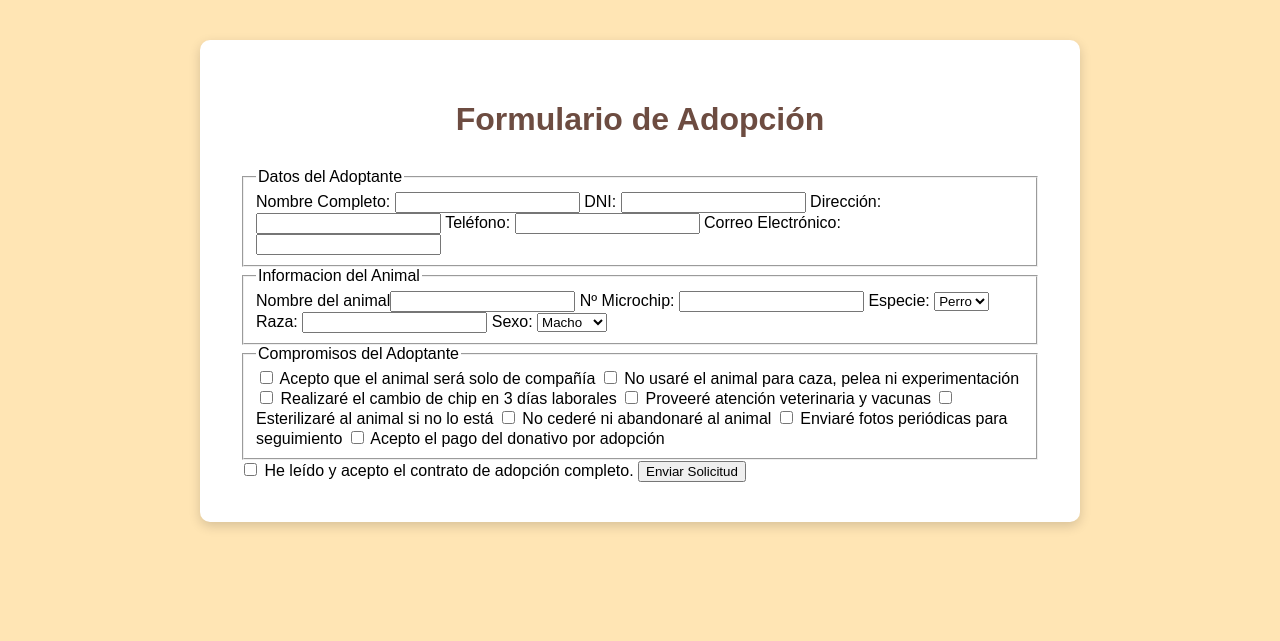
Repository: adriarodrisan/PetLover
Page: Paginas_web/contrato_adopcion.html
These files come from the project's save history. The page is drawn as it stood at one moment and after the next save; the edit follows.
The browser window is 1280 px wide. The pictures show the whole page.

Above is the page before, as saved 2025-04-01 10:53:23.

After the next save:
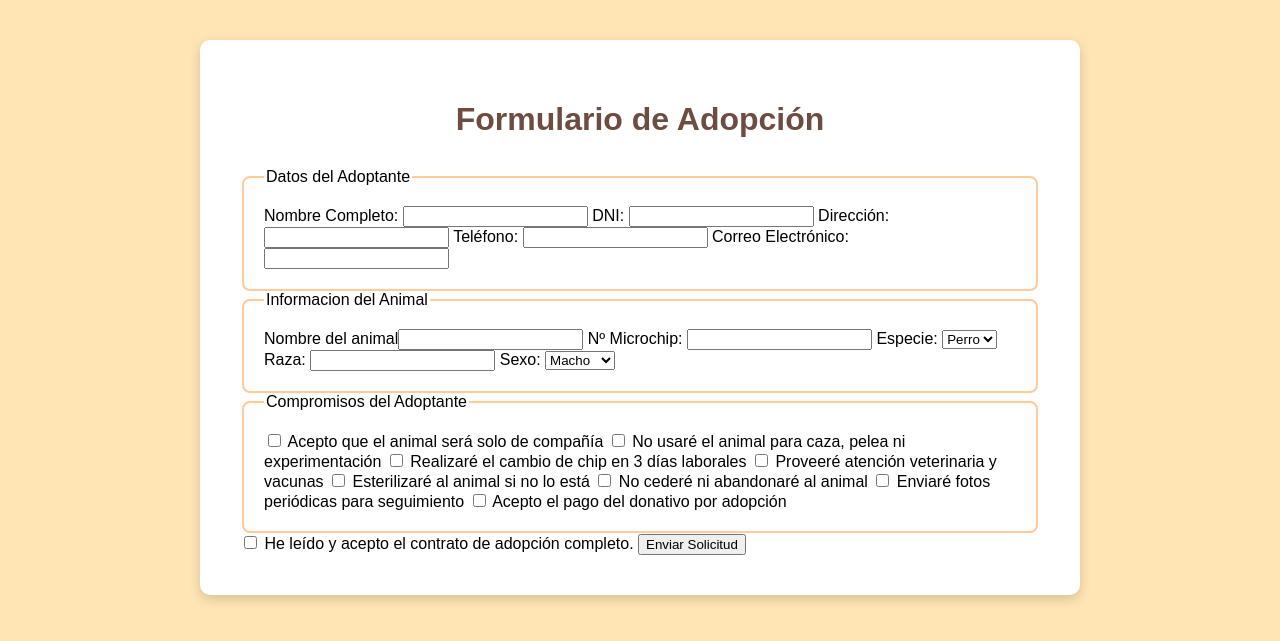
Saved 19 s later.
--- a/Css_Paginas/contrato_adopcion.css
+++ b/Css_Paginas/contrato_adopcion.css
@@ -27,3 +27,8 @@
     flex-direction: column;
     gap: 20px;
   }
+  fieldset {
+    border: 2px solid #ffcc99;
+    border-radius: 8px;
+    padding: 20px;
+  }
